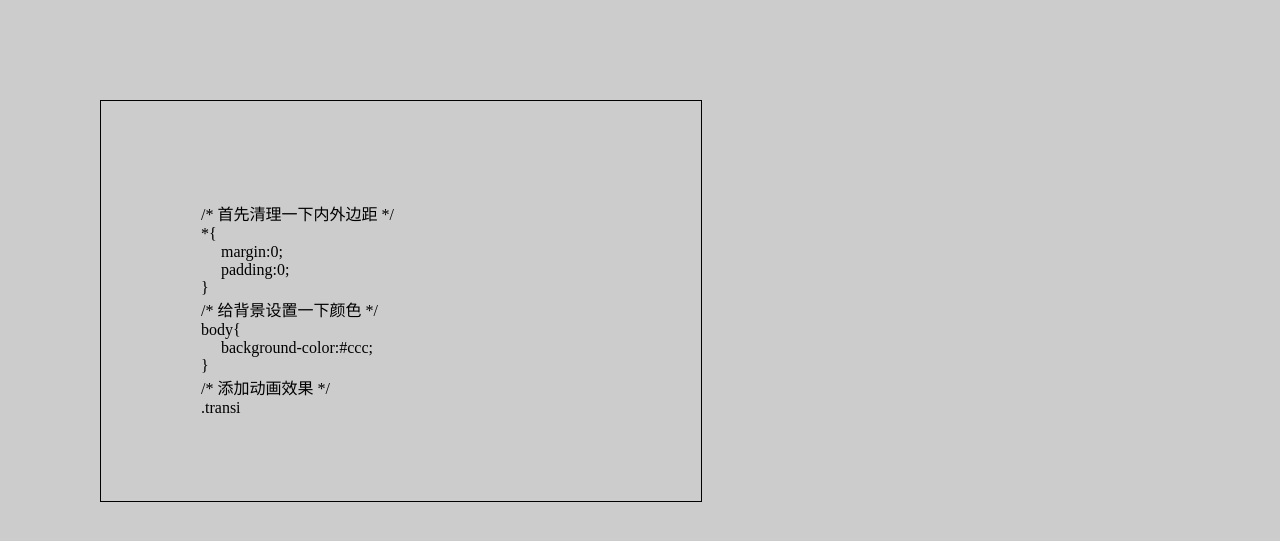
Repository: ScarApocalypse/study
Page: 一些想法/test.html
The author's editor kept a copy of each file at every save. The page is drawn from the files as they stood at one save, then again after the next save.
The browser window is 1280 px wide. The pictures show the whole page.

Above is the page before, as saved 2019-08-02 01:23:57.

### 一些想法/test.html
<!DOCTYPE html>
<html lang="en">

<head>
    <meta charset="UTF-8">
    <meta name="viewport" content="width=device-width, initial-scale=1.0">
    <meta http-equiv="X-UA-Compatible" content="ie=edge">
    <title>Document</title>
    <style>
            #wrap{

                position: absolute;
                border:1px solid #000;
                height:400px;
                width:600px;
                left:100px;
                top:100px;
                overflow: scroll;
            }
            #show{
                position: absolute;
                left:100px;
                bottom:0;
                min-height:300px;
            }
            .box1{
                position: absolute;
                left:0px;
                top:0px;
                /* z-index:-1; */
            }
            .box2{
                position: absolute;
                left:0px;
                top:0px;
                /* z-index:-1; */
            }
            .box3{
                position: absolute;
                left:0px;
                top:0px;
                /* z-index:-1; */
            }
           </style>
    <style>
        /* 首先清理一下内外边距 */
        /* 然后画一个div */
        /* 首先画一个红色的球 */
        /* 淦,感觉自己好low啊 */
        .box2{width: 100px;height: 100px;background-color:yellow;top:300px;left:300px;border-radius:50%;}
        .transition{transition:all 0.5s;}
        .box1{width:100px;height:100px;background-color:red;border-radius:50%;position:absolute;top:400px;left:400px;}
        .box1{left:600px; width:200px;height:200px;}.box2{left:900px;top:100px;width:150px;height:150px;}
    </style>

</head>

<body>
    <div id="wrap">
        <div id="show"></div>
    </div>

    <div class="box1 transition">

    </div>
    <div class="box2 transition">

    </div>
    <script>


        var show = document.getElementById('show');
        var style = document.getElementsByTagName('style')[1];
        console.log(style);
        var reg = /[{};]/;
        var str = '/* 首先清理一下内外边距 */*{margin:0;padding:0;}/* 给背景设置一下颜色 */body{background-color:#ccc;}/* 添加动画效果 */.transition{transition:all 0.5s;}/* 首先画一个红色的球 */.box1{width:100px;height:100px;background-color:red;border-radius:50%;position:absolute;top:400px;left:400px;}/* 然后画一个黄色的球 */.box2{width: 100px;height: 100px;background-color:yellow;top:300px;left:300px;border-radius:50%;}/* 淦,感觉自己好low啊 */.box1{left:600px; width:200px;height:200px;}.box2{left:900px;top:100px;width:150px;height:150px;}';
        var styleStr = '';
        var showStr = '';
        // var chat="1";
        var length = str.length;
        var strIndex = 0;
        var timeOut = setInterval(() => {
            if (strIndex == length - 1) {
                console.log(showStr);
                clearInterval(timeOut);

            }
            styleStr += [str[strIndex]];
            showStr += [str[strIndex]];
            if (reg.test(str[strIndex])) {
                showStr += '<br>';
                if ((str[strIndex + 1] != '}') &&(str[strIndex + 1] != '.')&&(str[strIndex + 1]!='/')) {
                    showStr += '&nbsp;&nbsp;&nbsp;&nbsp;&nbsp;'
                }
            }
            if(str[strIndex]=='/'&&str[strIndex-1]=='*'){
                showStr+='<br>';
            }
            // console.log(showStr);
            show.innerHTML = showStr;
            style.innerHTML=styleStr;


            strIndex++;
        }, 50);
    </script>
</body>

</html>

After the next save:
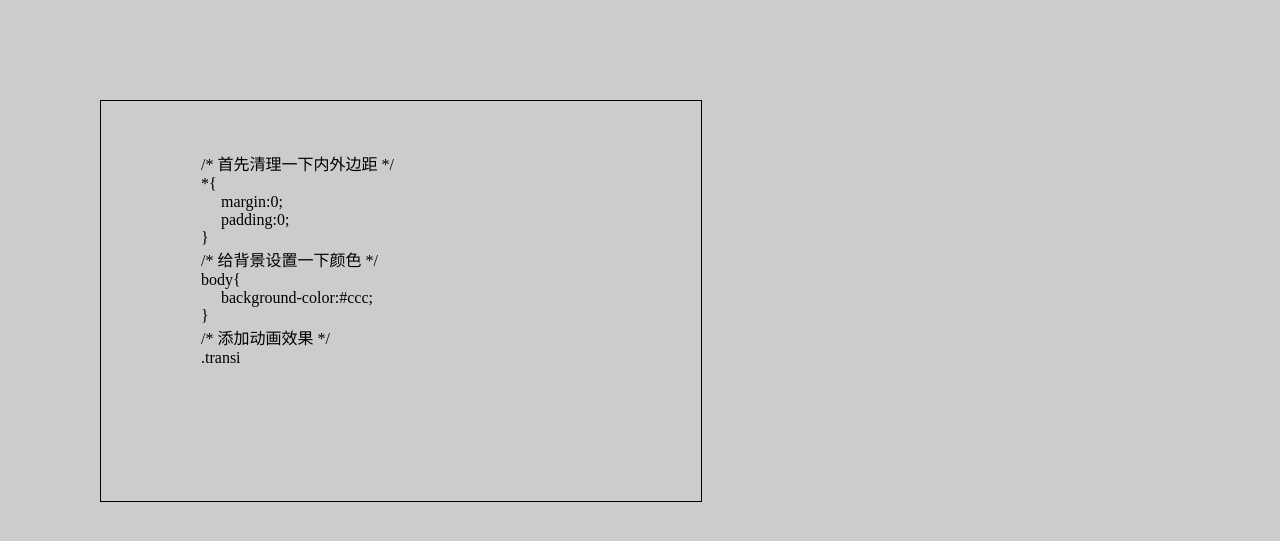
Saved 4 s later.
--- a/一些想法/test.html
+++ b/一些想法/test.html
@@ -21,7 +21,7 @@
                 position: absolute;
                 left:100px;
                 bottom:0;
-                min-height:300px;
+                min-height:350px;
             }
             .box1{
                 position: absolute;
